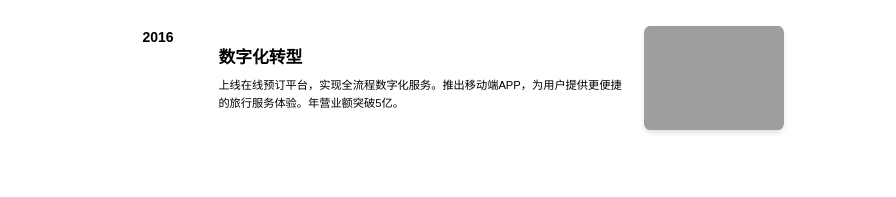
Repository: huang-heavenly-Emperor/travel_1
Page: pages/about.html
These files come from the project's save history. The page is drawn as it stood at one moment and after the next save; the edit follows.
The browser window is 1280 px wide. The pictures show the part of the page from y = 3122 to 5042 px (the page is 3404 px tall before and 8246 px after), at 70% of full size.
Pictures or frames that could not be fetched are drawn as grey boxes.

Above is the page before, as saved 2024-11-18 04:12:29.

After the next save:
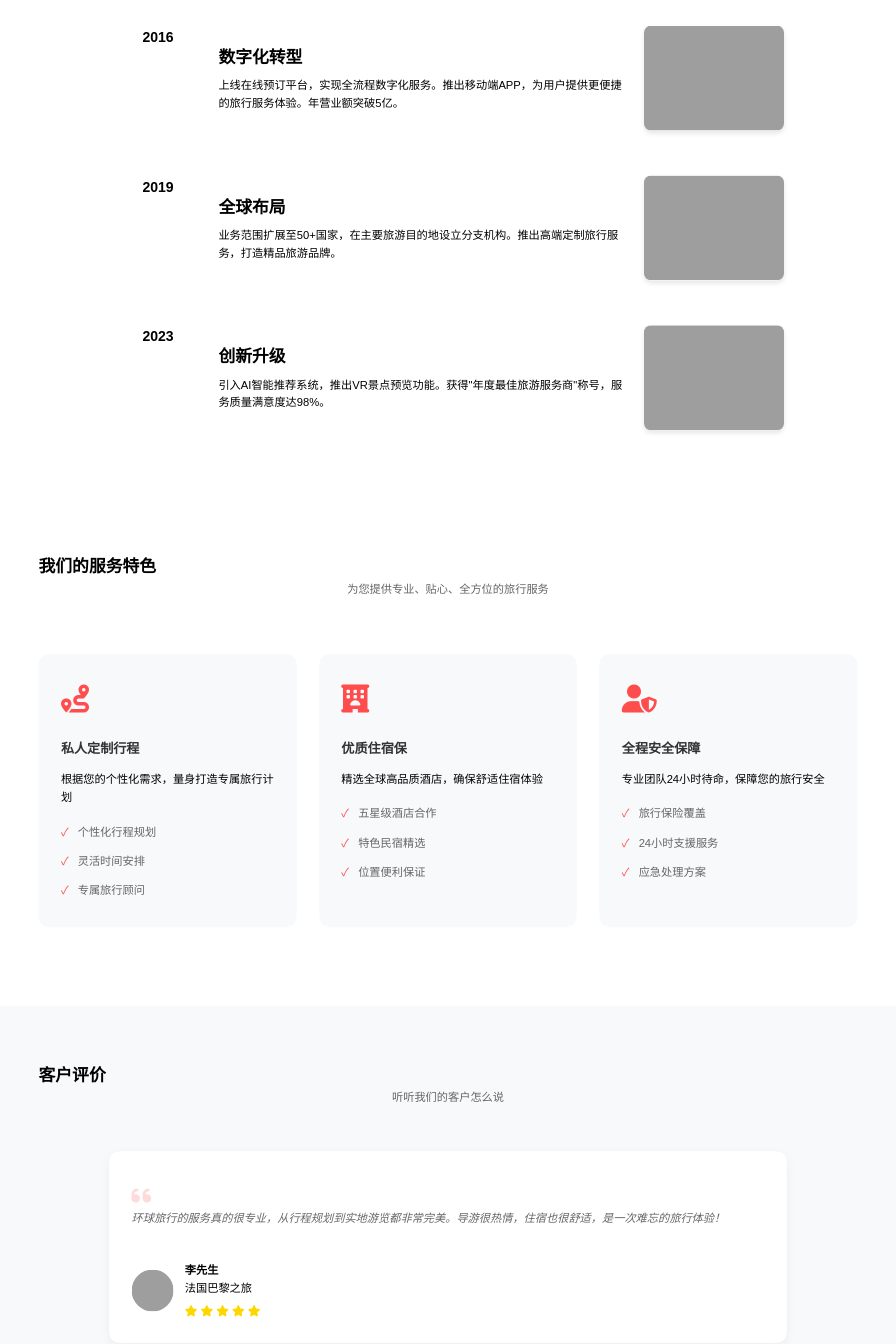
Saved 4 s later.
--- a/pages/about.html
+++ b/pages/about.html
@@ -212,34 +212,39 @@
                         </div>
                         <div class="timeline-image">
                             <img src="https://picsum.photos/200/150?random=3" alt="数字化转型">
-    <section class="timeline">
-        <div class="timeline-item">
-            <div class="year">2010</div>
-            <div class="timeline-content">
-                <div class="timeline-text">
-                    <h3>公司成立</h3>
-                    <p>环球旅行正式成立，开启旅游服务之旅。以创新的理念和专业的服务，致力于为旅客提供优质的旅行体验。</p>
-                </div>
-                <div class="timeline-image">
-                    <img src="https://picsum.photos/200/150?random=1" alt="公司成立">
-                </div>
-            </div>
-        </div>
-
-        <div class="timeline-item">
-            <div class="year">2015</div>
-            <div class="timeline-content">
-                <div class="timeline-text">
-                    <h3>业务扩展</h3>
-                    <p>成功开拓国际市场，建立全球合作伙伴网络，为客户提供更多元化的旅游产品和服务。</p>
-                </div>
-                <div class="timeline-image">
-                    <img src="https://picsum.photos/200/150?random=2" alt="业务扩展">
-                </div>
-            </div>
-        </div>
-
-        <!-- 可以继续添加更多时间线项目 -->
+                        </div>
+                    </div>
+                </div>
+
+                <!-- 2019年 全球布局 -->
+                <div class="timeline-item">
+                    <div class="year">2019</div>
+                    <div class="timeline-content">
+                        <div class="timeline-text">
+                            <h3>全球布局</h3>
+                            <p>业务范围扩展至50+国家，在主要旅游目的地设立分支机构。推出高端定制旅行服务，打造精品旅游品牌。</p>
+                        </div>
+                        <div class="timeline-image">
+                            <img src="https://picsum.photos/200/150?random=4" alt="全球布局">
+                        </div>
+                    </div>
+                </div>
+
+                <!-- 2023年 创新升级 -->
+                <div class="timeline-item">
+                    <div class="year">2023</div>
+                    <div class="timeline-content">
+                        <div class="timeline-text">
+                            <h3>创新升级</h3>
+                            <p>引入AI智能推荐系统，推出VR景点预览功能。获得"年度最佳旅游服务商"称号，服务质量满意度达98%。</p>
+                        </div>
+                        <div class="timeline-image">
+                            <img src="https://picsum.photos/200/150?random=5" alt="创新升级">
+                        </div>
+                    </div>
+                </div>
+            </div>
+        </div>
     </section>
 
     <!-- 服务特色部分 -->
